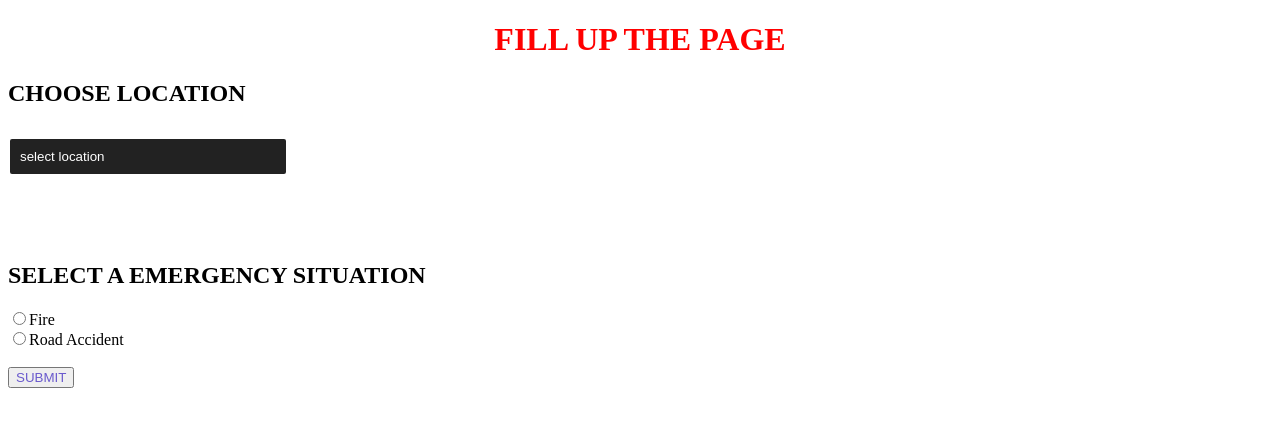
Repository: jeetlovely/ems
Page: EmergencyManagement/WebContent/userpage.html
The author's editor kept a copy of each file at every save. The page is drawn from the files as they stood at one save, then again after the next save.
The browser window is 1280 px wide. The pictures show the whole page.

Above is the page before, as saved 2018-04-29 18:49:15.

### EmergencyManagement/WebContent/userpage.html
<!DOCTYPE html>
<html>
<head>
<meta charset="ISO-8859-1">
<title>Insert title here</title>
<link type="text/css" rel="stylesheet" href="mystyle.css">
</head>
<body>

<form action="Acknowledgement">
<center>
<h1>FILL UP THE PAGE</h1>
</center>
<h2>CHOOSE LOCATION</h2>
<select name="location">
  <option value="">select location</option>
  <option value="22.579956,88.437950">Salt Lake</option>
  <option value="22.5170,88.3658">Gariahat</option>
  <option value="22.5982,88.3687">Shyambazar</option>
</select> <br><br>
<h2>SELECT A EMERGENCY SITUATION</h2>
<input type="radio" name="accidentType" value="msp101">Fire<br>
<input type="radio" name="accidentType" value="msp102">Road Accident<br><br>

<input type="submit" value="SUBMIT" onclick="popup()" style="color: slateblue">
<script>
function popup(){
	alert("Thank You");
}
</script>


</form>

</body>
</html>

### EmergencyManagement/WebContent/mystyle.css
@CHARSET "ISO-8859-1";
body{
    background-image: url("");
    background-repeat: no-repeat;
    background-size: cover;
}
h1{
	color:red;
}
select{
	cursor:pointer;
	-webkit-appearance:none;
	-moz-appearance:none;
	-o-appearance:none;
	-ms-appearance:none;
	appearance:none;

	display:block;
	margin:30px 0;
	padding:10px 50px 10px 10px;
	background-color:#222;
	color:#fff;
	border-radius:4px;
	border:2px solid #fff;
	width:280px;
}

After the next save:
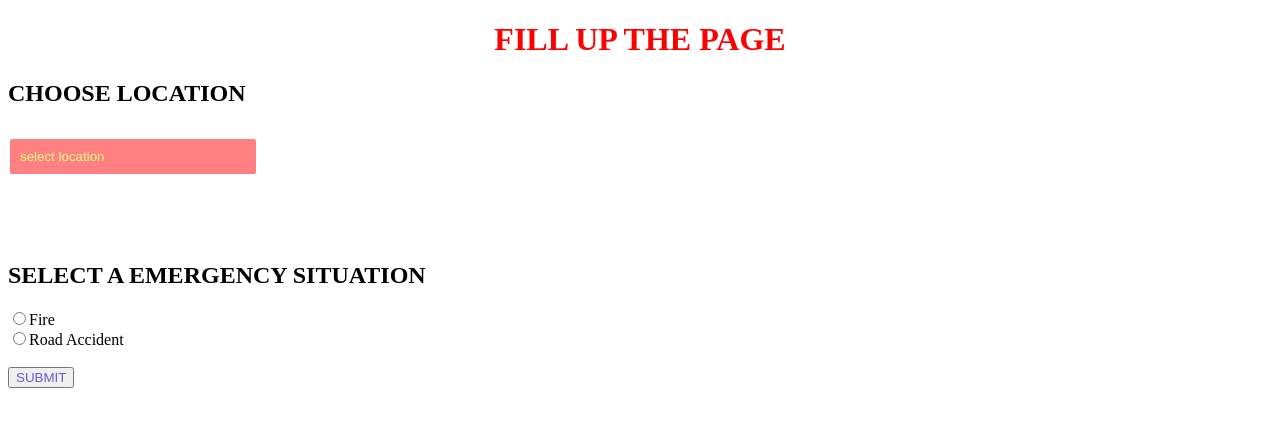
Saved 2 min 34 s later.
--- a/EmergencyManagement/WebContent/mystyle.css
+++ b/EmergencyManagement/WebContent/mystyle.css
@@ -18,9 +18,9 @@ select{
 	display:block;
 	margin:30px 0;
 	padding:10px 50px 10px 10px;
-	background-color:#222;
-	color:#fff;
+	background-color:#ff8080;
+	color:#ffff80;
 	border-radius:4px;
 	border:2px solid #fff;
-	width:280px;
+	width:250px;
 }
